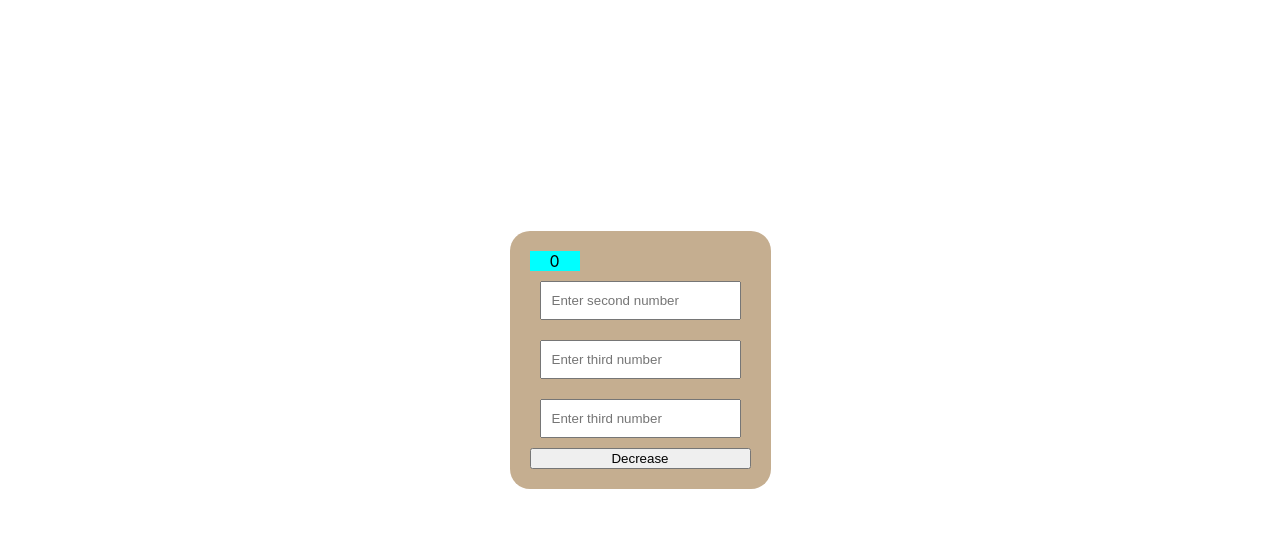
Repository: purnimapatel/SI-calculator
Page: /
An editor plug-in stored every save of this project. The page is shown before and after the next save, followed by the edit.
The browser window is 1280 px wide. The pictures show the whole page.
The project was rebuilt for these pictures with package versions that can differ from the ones it lists, and the page was loaded fresh each time.

Above is the page before, as saved 2024-08-26 11:34:03.

### src/App.jsx
import logo from './logo.svg';
import './App.css';
import { useState } from 'react';

function App() {
  const[rate, setRate]=(useState(''));
  const[principle, setPrinciple]=(useState());
  const[time, setTime]=(useState(''));
  const[res, setRes]=(useState(0));
  return(

    <div className="container">
    <div className="container1">
    <div className="result">
    {res}
    </div>


    <input
        type="number"
        id = "field"
        value={rate}
        onChange={(e) => setRate(Number(e.target.value))}
        placeholder="Enter second number"
      />
      <input
        type="number"
        id="field"
        value={principle}
        onChange={(e) => setPrinciple(Number(e.target.value))}
        placeholder="Enter third number"
      />
      <input
        type="number"
        id = "field"
        value={time}
        onChange={(e) => setTime(Number(e.target.value))}
        placeholder="Enter third number"
      />
    <button className='btn2' onClick={result}>Decrease</button>
    </div>
    </div>

  )
  function result(){

    setRate('');
    setPrinciple('');
    setTime('');
    setRes((rate*principle*time)/100)

}




}


export default App;

### src/App.css
.App {
  text-align: center;

}
.container{
  display: flex;
  justify-content: center;
  align-items:center;
  height:100vh;

}
.container1{

  background-color:rgb(197, 174, 144);
  display:flex;
  text-align: center;
  flex-direction: column;
  justify-content: center;
  height: auto;
  width:auto;
  padding:20px;
  border-radius: 20px;

}
.result{
  display: flex;
  text-align: center;
  justify-content: center;
  padding:0px 0px;
  background-color:aqua;
  width:50px;

}
input[type=number]::-webkit-outer-spin-button,
input[type=number]::-webkit-inner-spin-button {
    -webkit-appearance: none;
    margin: 0;
}

/* Remove the spinner in Firefox */
input[type=number] {
    -moz-appearance: textfield;
}
#field{
  margin:10px;
  padding:10px;
}

Loaded but not shown: public/index.html (common file); src/index.js (common file); src/index.css (common file); src/reportWebVitals.js (common file)

After the next save:
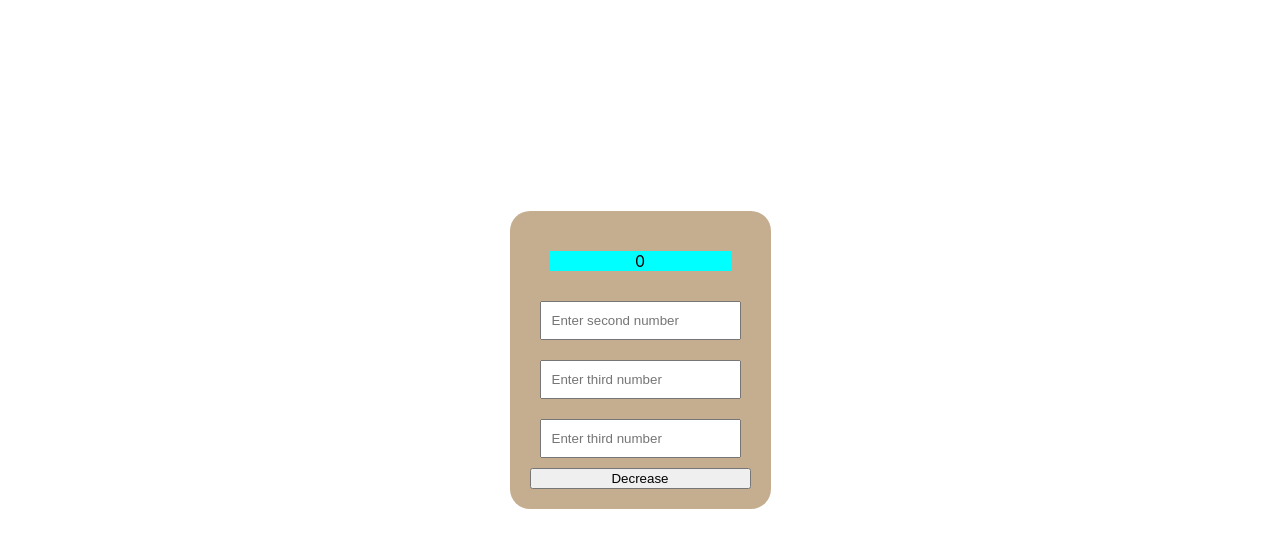
Saved 83 s later.
--- a/src/App.css
+++ b/src/App.css
@@ -26,9 +26,8 @@
   display: flex;
   text-align: center;
   justify-content: center;
-  padding:0px 0px;
+  margin:20px 20px;
   background-color:aqua;
-  width:50px;
 
 }
 input[type=number]::-webkit-outer-spin-button,
